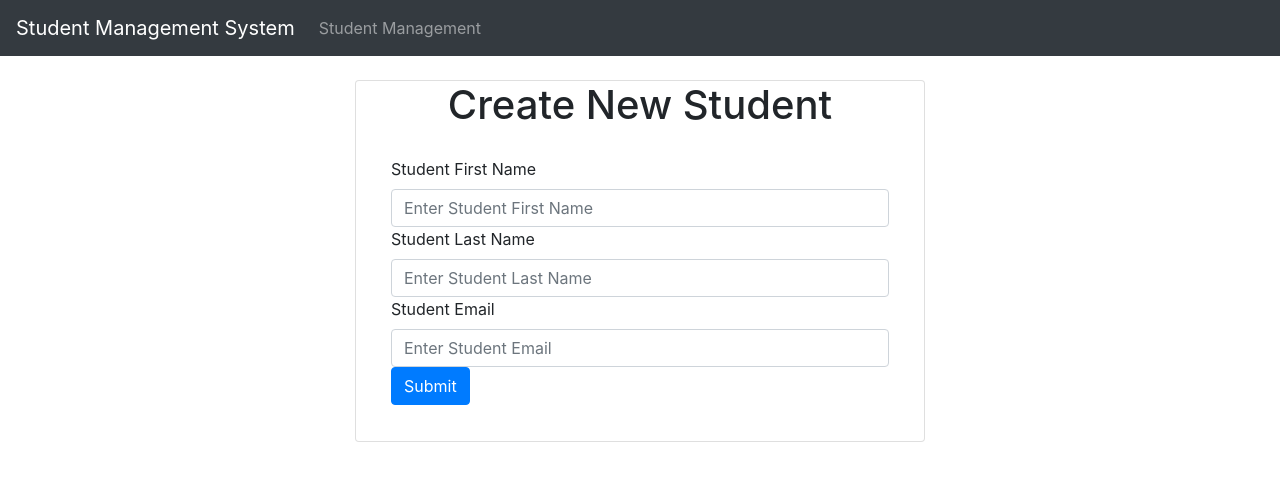
Repository: praveen8409/Student-Management-System-using-STS
Page: http://localhost/edit_student
These files come from the project's save history. The page is drawn as it stood at one moment and after the next save; the edit follows.
The browser window is 1280 px wide. The pictures show the whole page.
The page is this project's Thymeleaf template; nobody is signed in. The template is opened directly, without the code that normally fills it, so the values that code supplies are empty.

Above is the page before, as saved 2023-07-15 06:09:33.

After the next save:
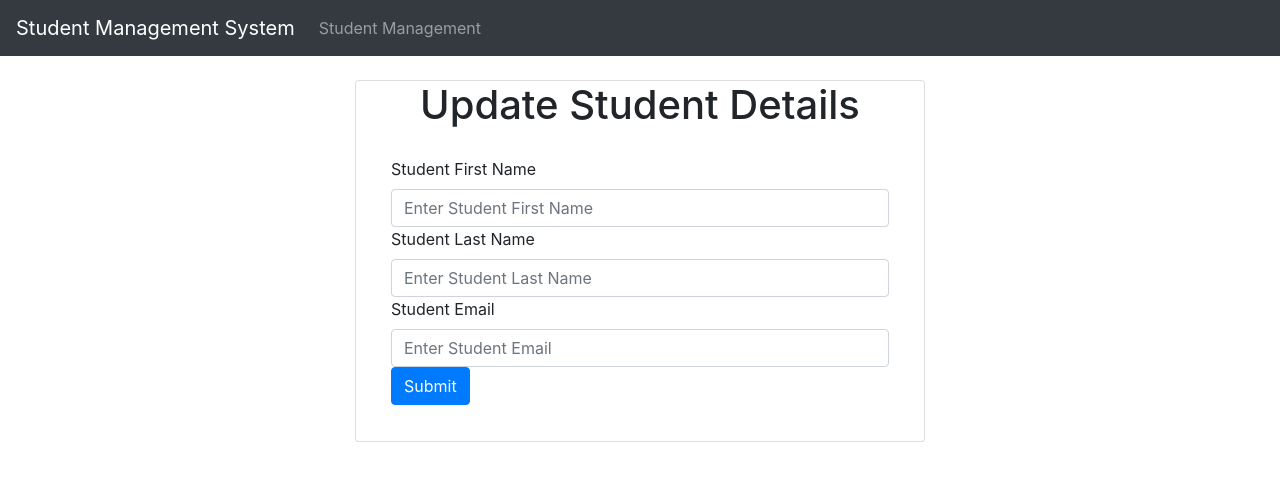
Saved 3 min 13 s later.
--- a/student-management-system/src/main/resources/templates/edit_student.html
+++ b/student-management-system/src/main/resources/templates/edit_student.html
@@ -29,7 +29,7 @@
    <div class="container">
 	   <div class="row">
 		   <div class="col-lg-6 col-md-6 col-sm-6 container justify-content-center card">
-			   <h1 class="text-center">Create New Student</h1>
+			   <h1 class="text-center">Update Student Details</h1>
 			   <div class="card-body">
 				   <form th:href="@{/students/{id}(id=${student.id})}" th:object = "${student}" method="post">
 					   <div class="form-group">
